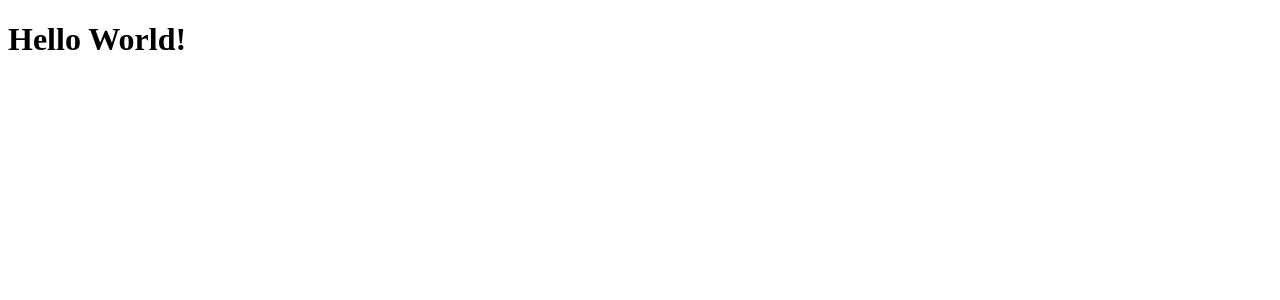
Repository: priyank-7/Spring-Tutorials
Page: thymeleafPractial/src/main/resources/templates-2/about.html
These files come from the project's save history. The page is drawn as it stood at one moment and after the next save; the edit follows.
The browser window is 1280 px wide. The pictures show the whole page.

Above is the page before, as saved 2023-05-28 04:17:57.

### thymeleafPractial/src/main/resources/templates-2/about.html
<!doctype html>
<html lang="en">
<head>
	<meta charset="UTF-8" />
	<title>Document</title>
</head>
<body>
	<h1>Hello World!</h1>
</body>
</html>

After the next save:
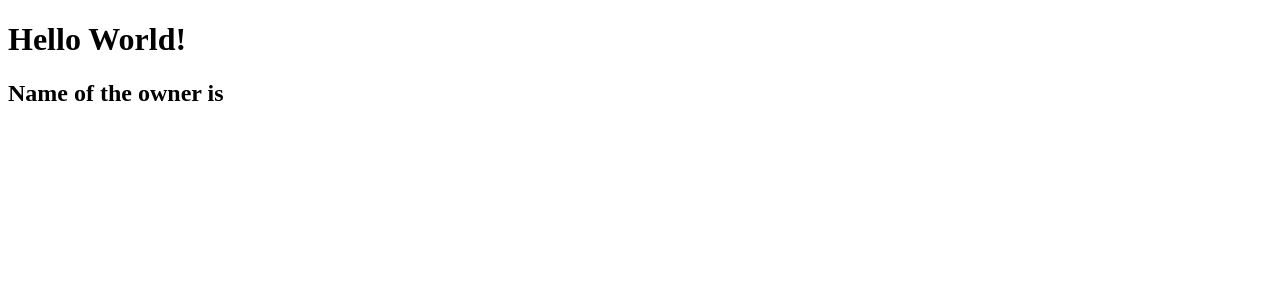
Saved 53 s later.
--- a/thymeleafPractial/src/main/resources/templates-2/about.html
+++ b/thymeleafPractial/src/main/resources/templates-2/about.html
@@ -1,10 +1,12 @@
 <!doctype html>
-<html lang="en">
+<html lang="en" xmlns:th="http://www.thymeleaf.org">
 <head>
 	<meta charset="UTF-8" />
 	<title>Document</title>
 </head>
 <body>
 	<h1>Hello World!</h1>
+	<h1></h1>
+	<h2>Name of the owner is </h2>
 </body>
 </html>
